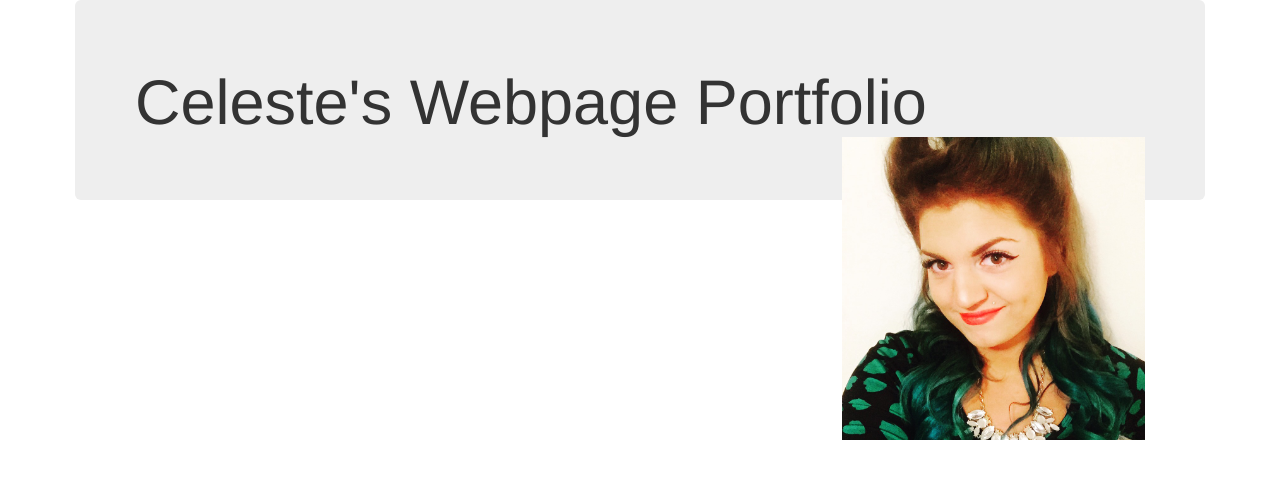
Repository: fieldceleste/portfolio-celeste
Page: portfolio-celeste.html
These files come from the project's save history. The page is drawn as it stood at one moment and after the next save; the edit follows.
The browser window is 1280 px wide. The pictures show the whole page.

Above is the page before, as saved 2019-11-01 12:06:48.

After the next save:
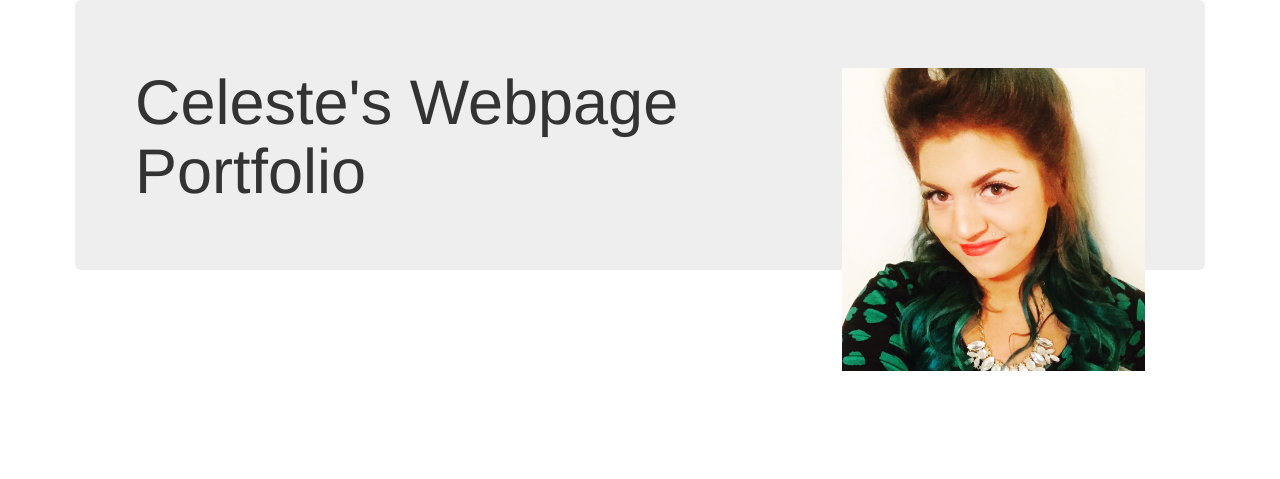
Saved 32 s later.
--- a/portfolio-celeste.html
+++ b/portfolio-celeste.html
@@ -8,7 +8,7 @@
  <body>
     <div class="container">
       <div class="jumbotron">
-        <h1>Celeste's Webpage Portfolio <img src="img/celeste.jpeg" class="img" alt="photo of celeste field"></h1>
+        <h1><img src="img/celeste.jpeg" class="img" alt="photo of celeste field">Celeste's Webpage Portfolio </h1>
         <p>
 
         </p>
